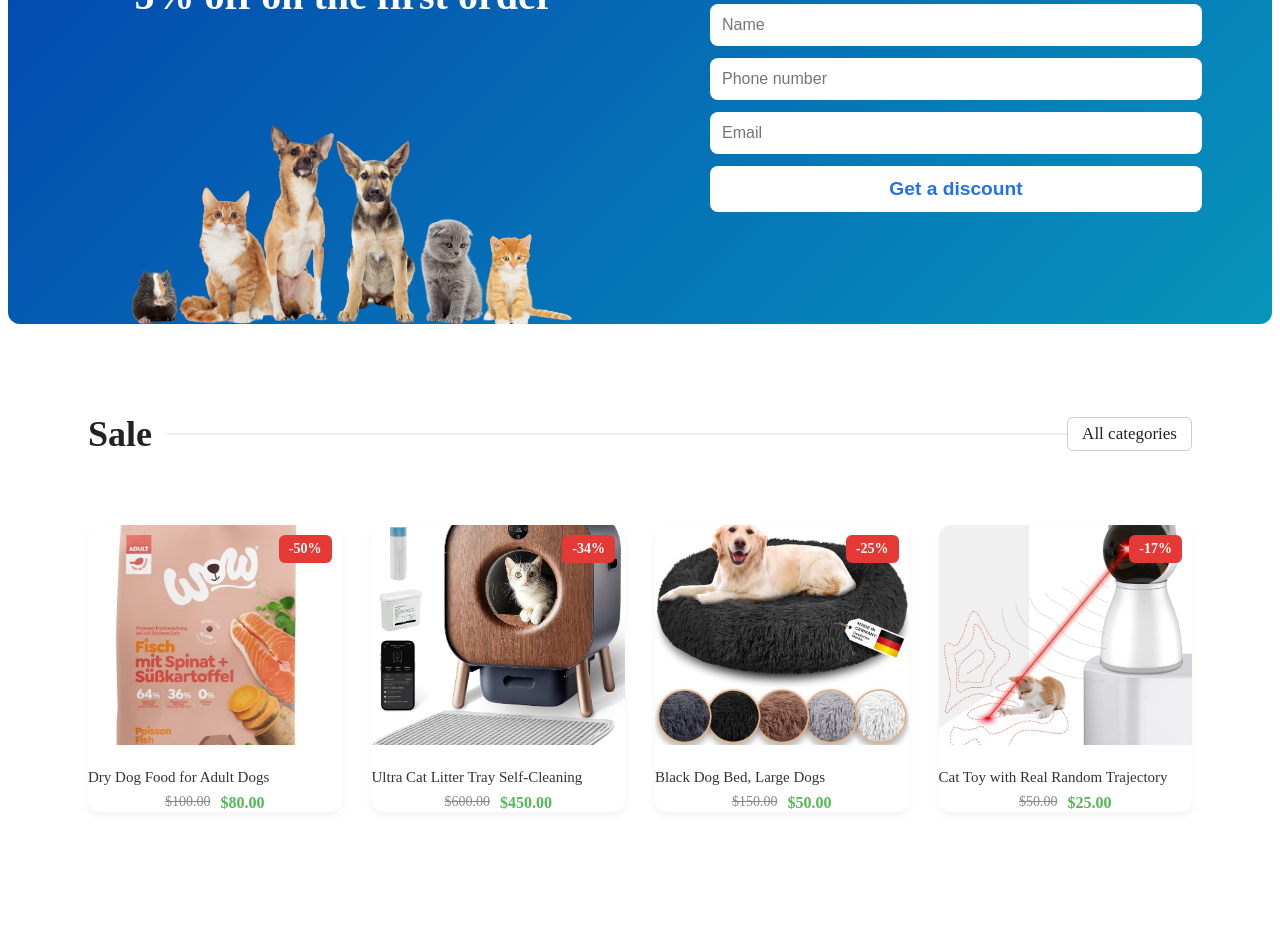
Repository: JuliiaJuliia/pet-shop-frontend
Page: / (app in pet-shop-frontend/)
An editor plug-in stored every save of this project. The page is shown before and after a run of saves, followed by the edit.
The browser window is 1280 px wide. The pictures show the part of the page from y = 1255 to 2207 px (the page is 2187 px tall before and 2207 px after).
The project was rebuilt for these pictures with package versions that can differ from the ones it lists, and the page was loaded fresh each time. Also part of the build but not shown: pet-shop-frontend/vite.config.js, pet-shop-frontend/src/pages/CheckoutPage.jsx, pet-shop-frontend/src/api/axios.js, pet-shop-frontend/src/components/ProductList.jsx.

Above is the page before, as saved 2025-11-06 20:41:28.

After the next 2 saves:
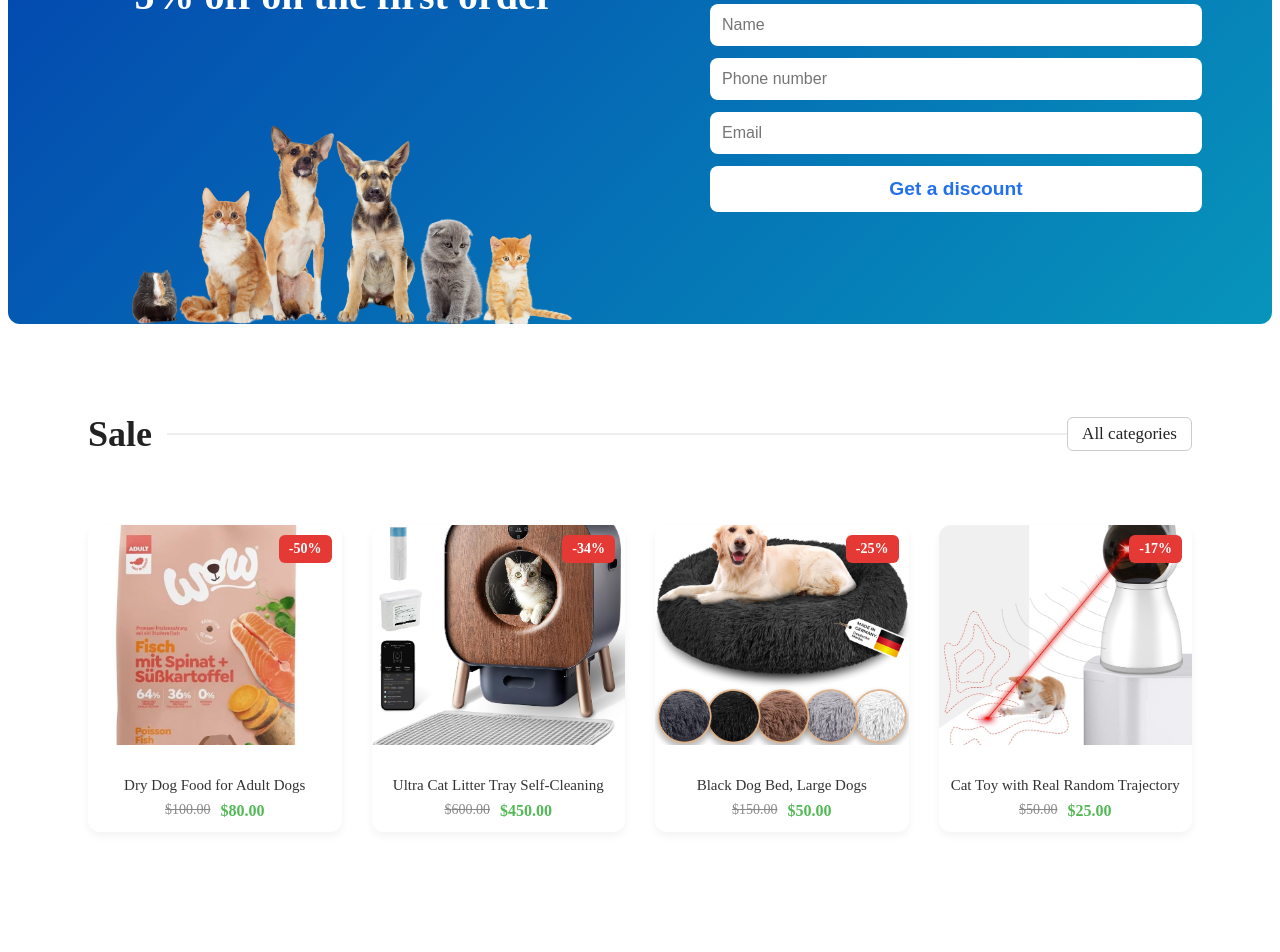
The 2 saves are shown as one change because they came seconds apart.
The last was saved 9 s later.
--- a/pet-shop-frontend/src/components/SaleSection/SaleSection.css
+++ b/pet-shop-frontend/src/components/SaleSection/SaleSection.css
@@ -105,10 +105,8 @@
 
   /* 🔹 Інформація під фото */
   .sale-card__details {
-    .sale-card__details {
         padding: 8px 12px 12px; /* 🔹 менший верхній відступ */
         text-align: center;
-      }
   }
 
   .sale-card__name {
